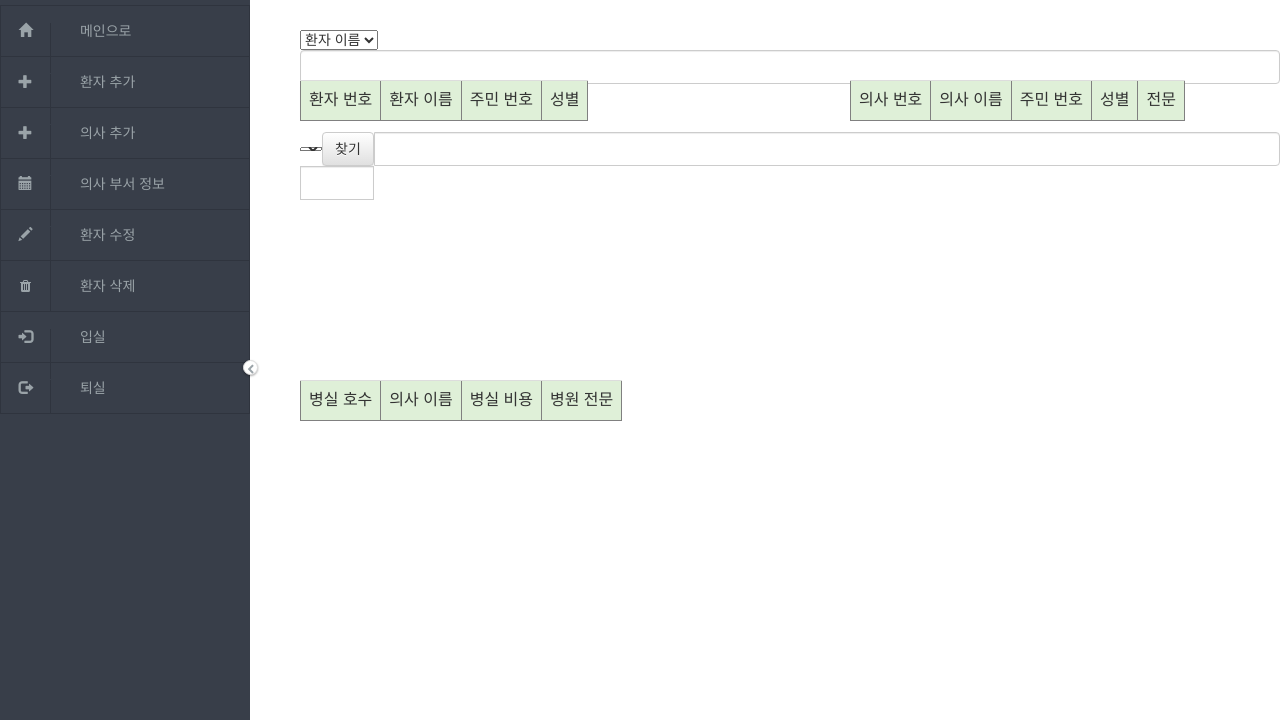
Repository: qaws1134/Hospital_manager
Page: http://localhost/project/main.jsp
The author's editor kept a copy of each file at every save. The page is drawn from the files as they stood at one save, then again after the next save.
The browser window is 1280 px wide. The pictures show the whole page.
Some web libraries are served in a nearby version. The page is served by Tomcat 9. Other server files are loaded and not shown. The template is opened directly, without the code that normally fills it, so the values that code supplies are empty.

Above is the page before, as saved 2017-12-09 16:39:50.
Console error (its wording comes from the project's code and is left out).

### project/WebContent/main.jsp
<%@ page language="java" contentType="text/html; charset=UTF-8"
    pageEncoding="UTF-8"%>
<%@ taglib uri="http://java.sun.com/jsp/jstl/core" prefix="c" %>

<html lang="kr">
	<head>

	<meta http-equiv="Content-Type" content="text/html" charset="UTF-8">
	<title>http://www.blueb.co.kr</title>
<link rel="stylesheet" href="http://netdna.bootstrapcdn.com/font-awesome/4.3.0/css/font-awesome.min.css">
<!-- 합쳐지고 최소화된 최신 CSS -->
<link rel="stylesheet" href="https://maxcdn.bootstrapcdn.com/bootstrap/3.3.2/css/bootstrap.min.css">
<!-- 부가적인 테마 -->
<link rel="stylesheet" href="https://maxcdn.bootstrapcdn.com/bootstrap/3.3.2/css/bootstrap-theme.min.css">

<!-- 합쳐지고 최소화된 최신 자바스크립트 -->
<script src="https://maxcdn.bootstrapcdn.com/bootstrap/3.3.2/js/bootstrap.min.js"></script>

<style type="text/css">
input[type="checkbox"]#menu_state {
  display: none;
}
input[type="checkbox"]:checked ~ nav {
  width: 250px;
}
input[type="checkbox"]:checked ~ nav label[for="menu_state"] i::before {
  content: "\f053";
}
input[type="checkbox"]:checked ~ nav ul {
  width: 100%;
}
input[type="checkbox"]:checked ~ nav ul li a i {
  border-right: 1px solid #2f343e;
}
input[type="checkbox"]:checked ~ nav ul li a span {
  opacity: 1;
  transition: opacity 0.25s ease-in-out;
}
input[type="checkbox"]:checked ~ main {
  left: 250px;
}
nav {
  position: fixed;
  z-index: 9;
  top: 0;
  left: 0;
  bottom: 0;
  background: #383e49;
  color: #9aa3a8;
  width: 50px;
  font-family: 'Montserrat', sans-serif;
  font-weight: lighter;
  transition: all 0.15s ease-in-out;
}
nav label[for="menu_state"] i {
  cursor: pointer;
  position: absolute;
  top: 50%;
  right: -8px;
  box-shadow: 0 1px 3px rgba(0,0,0,0.12), 0 1px 2px rgba(0,0,0,0.24);
  background: #fff;
  font-size: 10px;
  display: flex;
  justify-content: center;
  align-items: center;
  height: 15px;
  width: 15px;
  border-radius: 50%;
  border: 1px solid #ddd;
  transition: width 0.15s ease-in-out;
  z-index: 1;
}
nav label[for="menu_state"] i::before {
  margin-top: 2px;
  content: "\f054";
}
nav label[for="menu_state"] i:hover {
  box-shadow: 0 10px 20px rgba(0,0,0,0.19), 0 6px 6px rgba(0,0,0,0.23);
}
nav ul {
  overflow: hidden;
  display: block;
  width: 50px;
  list-style-type: none;
  padding: 0;
  margin: 0;
}
nav ul li {
  border: 1px solid #2f343e;
  position: relative;
}
nav ul li.unread:after {
  content: attr(data-content);
  position: absolute;
  top: 10px;
  left: 25px;
  display: flex;
  justify-content: center;
  align-items: center;
  width: 15px;
  height: 15px;
  border-radius: 50%;
  color: #fff;
  background: #ef5952;
  font-size: 8px;
}
nav ul li:not(:last-child) {
  border-bottom: none;
}
nav ul li.active a {
  background: #4c515d;
  color: #fff;
}
nav ul li a {
  position: relative;
  display: block;
  white-space: nowrap;
  text-decoration: none;
  color: #9aa3a8;
  height: 50px;
  width: 100%;
  transition: all 0.15s ease-in-out;
}
nav ul li a:hover {
  background: #4c515d;
  color: #fff;
}
nav ul li a * {
  height: 100%;
  display: inline-block;
}
nav ul li a i {
  text-align: center;
  width: 50px;
  z-index: 999999;
}
nav ul li a i.fa {
  line-height: 50px;
}
nav ul li a span {
  padding-left: 25px;
  opacity: 0;
  line-height: 50px;
  transition: opacity 0.1s ease-in-out;


}

</style>
</head>

<body>
<input type="checkbox" id="menu_state" checked>
<nav>
	<label for="menu_state"><i class="fa"></i></label>
	<ul>
    <li>
      <a href="main.do">
        <i class="glyphicon glyphicon-home"></i>
        <span>메인으로</span>   <!--환자 대기 목록,병실 목록 및 현황-->
      </a>
    </li>
		<li>
			<a href="P_addui.do">
				<i class="glyphicon glyphicon-plus"></i>
				<span>환자 추가</span>
			</a>
		</li>
		<li>
			<a href="D_addui.do">
				<i class="glyphicon glyphicon-plus"></i>
				<span>의사 추가</span>
			</a>
		</li>

		<li>
			<a href="D_clsif.do">
				<i class="glyphicon glyphicon-calendar"></i>
				<span>의사 부서 정보</span>
			</a>
		</li>

		<li>
			<a href="cristal.do">
				<i class="glyphicon glyphicon-pencil"></i>
				<span>환자 수정</span>
			</a>
		</li>
		<li>
			<a href="delsel.do">
				<i class="fa fa-trash"></i>
				<span>환자 삭제</span>
			</a>
		</li>
      <li>
      <a href="insel.do">
        <i class="glyphicon glyphicon-log-in"></i>
        <span>입실</span>
      </a>
    </li>
        <li>
      <a href="javascript:void(0)">
        <i class="glyphicon glyphicon-log-out"></i>
        <span>퇴실</span>
      </a>
    </li>
	</ul>
</nav>
<section style="position:absolute; top:30px;left:300px">
<form action="search.do">
	<select name ="searchName"size ="1">
		<option value="p_name">환자 이름</option>
		<option value="d_name">의사 이름</option>
		<option value="d_cls">병원 종류</option>
	</select>
	<input type="text" name="searchValue"  class="form-control">
	<input type="submit" class="btn btn-default" value="찾기">
</form>

<div class="input-group">
  <div class="input-group-btn">
    <form action="search.do">
	<select name ="searchName"size ="1">
		<option value="p_name">환자 이름</option>
		<option value="d_name">의사 이름</option>
		<option value="d_cls">병원 종류</option>
	</select>
	<input type="text" name="searchValue"  class="form-control">
	<input type="submit" class="btn btn-default" value="찾기">
</form>
  </div>
  <input type="text" class="form-control" aria-label="...">
</div>
</section>

<!-- 환자 정보	 -->
<section style="position:absolute; top:80px;left:300px">
      <table border="1" class="table table-striped">
      	<tr  class="success">
      		<td>환자 번호</td>
      		<td>환자 이름</td>
      		<td>주민 번호</td>
      		<td>성별</td>
      	</tr>

      	<c:forEach items="${P_list}" var="dto">
	      	<tr>
	      		<td>${dto.p_NUM}</td>
	      		<td>${dto.p_NAME}</td>
	      		<td>${dto.p_PERNUM}</td>
	      		<td>${dto.p_GENDER }</td>
	      	</tr>
		</c:forEach>
      </table>
</section>
<!-- 의사 정보 -->
<section style="position:absolute; top:80px;left:850px">
     <table border="1" class="table table-striped">
      	<tr  class="success">
      		<td>의사 번호</td>
      		<td>의사 이름</td>
      		<td>주민 번호</td>
      		<td>성별</td>
      		<td>전문</td>
      	</tr>


      	<c:forEach items="${D_list}" var="dto">
	      	<tr>
	      		<td>${dto.d_NUM}</td>
	      		<td>${dto.d_NAME}</td>
	      		<td>${dto.d_PERNUM}</td>
	      		<td>${dto.d_GENDER }</td>
	      		<td>${dto.d_CLS}</td>
	      	</tr>
		</c:forEach>
      </table>
</section>

<!-- 병실 정보 -->
<section style="position:absolute; top:380px;left:300px">
      <table border="1" class="table table-striped">
      	<tr  class="success">
      		<td>병실 호수</td>
      		<td>의사 이름</td>
      		<td>병실 비용</td>
  			<td>병원 전문</td>


      	</tr>

      	<c:forEach items="${D_inshow}" var="dto">
	      	<tr>
	      		<td>${dto.h_NUM}호</td>
	      		<td>${dto.d_NAME}</td>
	      		<td>${dto.h_COST}</td>
	      		<td>${dto.d_CLS}</td>
	      	</tr>
		</c:forEach>
      </table>
</section>

<!--
<section style="position:absolute; top:400px;left:300px">
     <table border="1">
		<tr>
      	<c:forEach items="${D_list}" var="dto">
	      		<td>${dto.d_NUM}</td>
	      		<td>${dto.d_NAME}</td>
	      		<td>${dto.d_PERNUM}</td>
	      		<td>${dto.d_GENDER }</td>
	      		<td>${dto.d_CLS}</td>
		</c:forEach>
		</tr>
		<tr>
      	<c:forEach items="${D_list}" var="dto">
	      		<td>${dto.d_NUM}</td>
	      		<td>${dto.d_NAME}</td>
	      		<td>${dto.d_PERNUM}</td>
	      		<td>${dto.d_GENDER }</td>
	      		<td>${dto.d_CLS}</td>
		</c:forEach>
		</tr>
		<tr>
      	<c:forEach items="${D_list}" var="dto">
	      		<td>${dto.d_NUM}</td>
	      		<td>${dto.d_NAME}</td>
	      		<td>${dto.d_PERNUM}</td>
	      		<td>${dto.d_GENDER }</td>
	      		<td>${dto.d_CLS}</td>
		</c:forEach>
		</tr>
      </table>
</section>
-->



</body>
</html>

After the next save:
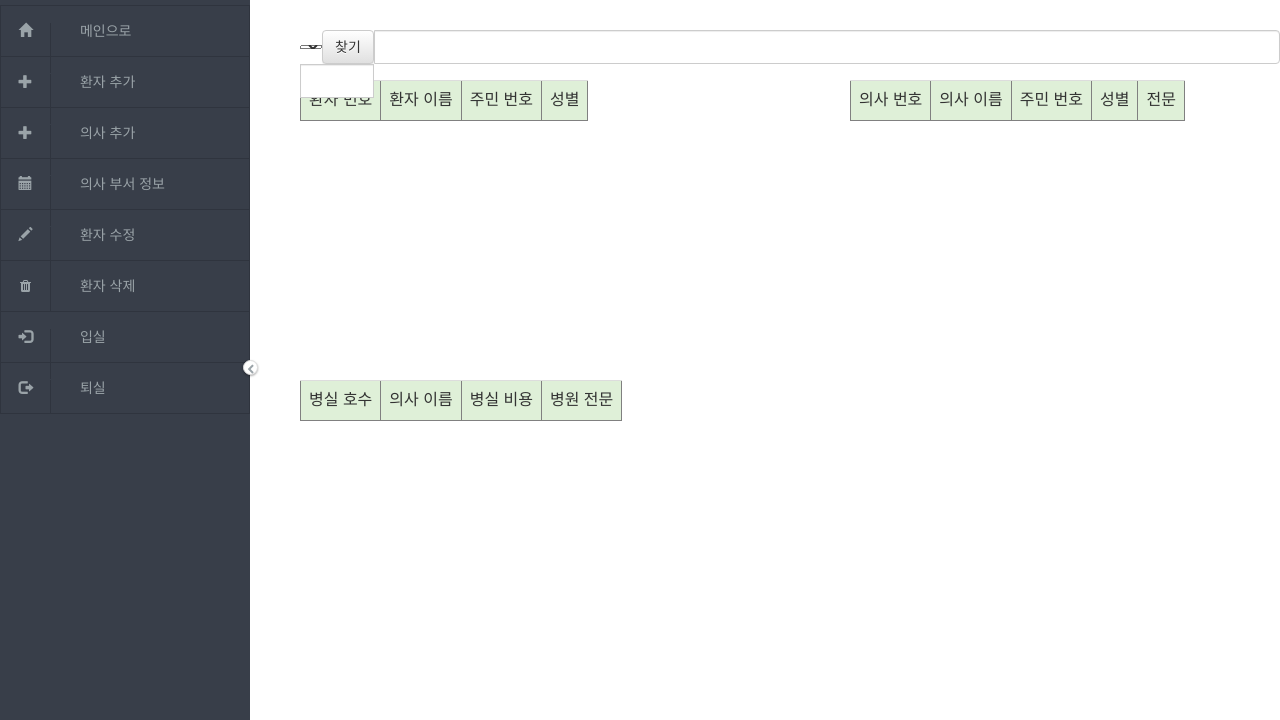
Saved 8 s later.
--- a/project/WebContent/main.jsp
+++ b/project/WebContent/main.jsp
@@ -207,15 +207,7 @@ nav ul li a span {
 	</ul>
 </nav>
 <section style="position:absolute; top:30px;left:300px">
-<form action="search.do">
-	<select name ="searchName"size ="1">
-		<option value="p_name">환자 이름</option>
-		<option value="d_name">의사 이름</option>
-		<option value="d_cls">병원 종류</option>
-	</select>
-	<input type="text" name="searchValue"  class="form-control">
-	<input type="submit" class="btn btn-default" value="찾기">
-</form>
+
 
 <div class="input-group">
   <div class="input-group-btn">
